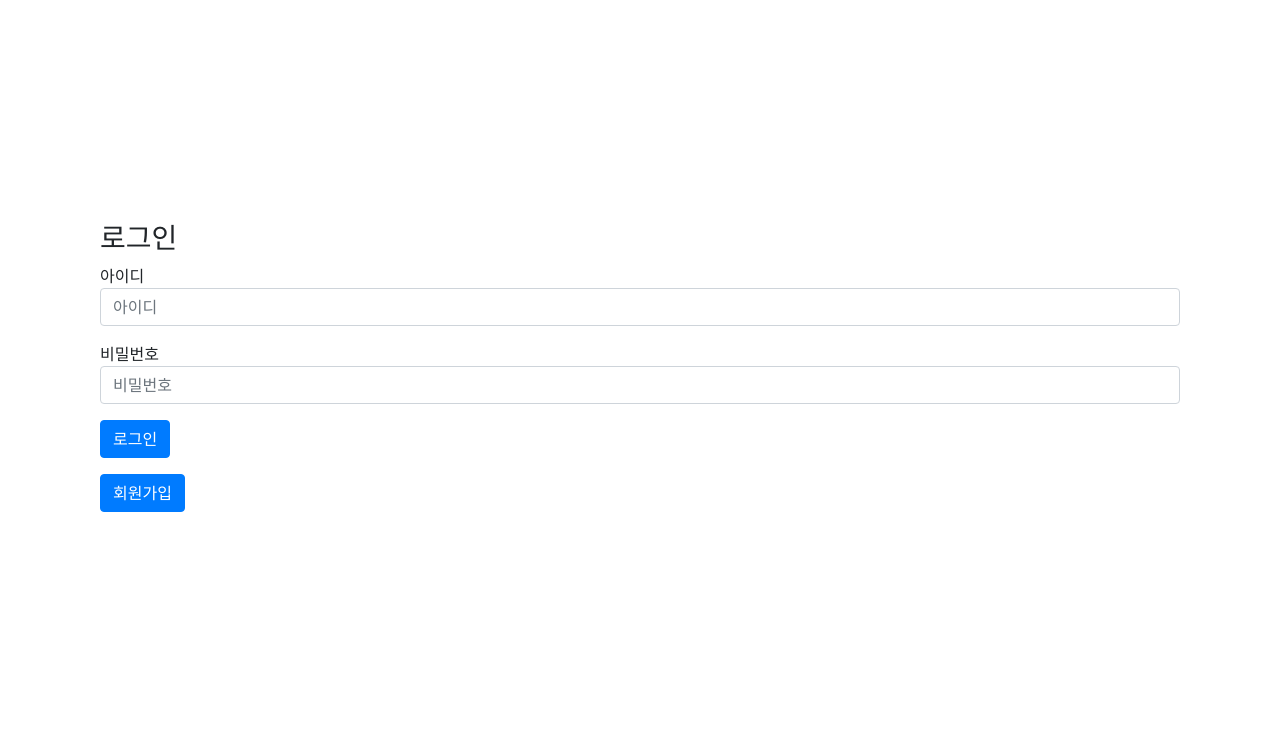
Repository: Seongjoo-Shin/webServer
Page: http://localhost/project/project/login.jsp
These files come from the project's save history. The page is drawn as it stood at one moment and after the next save; the edit follows.
The browser window is 1280 px wide. The pictures show the whole page.
The page is served by Tomcat 9. Other server files are loaded and not shown.

Above is the page before, as saved 2021-06-14 05:20:23.

### 20165514_신성주_웹서버구축_프로젝트_소스코드/project/WebContent/project/login.jsp
<%@ page language="java" contentType="text/html; charset=utf-8"
    pageEncoding="utf-8"%>
<!DOCTYPE html>
<html>
<head>
<meta charset="utf-8">
<title>로그인</title>
<link rel="stylesheet" href="https://stackpath.bootstrapcdn.com/bootstrap/4.3.1/css/bootstrap.min.css" integrity="sha384-ggOyR0iXCbMQv3Xipma34MD+dH/1fQ784/j6cY/iJTQUOhcWr7x9JvoRxT2MZw1T" crossorigin="anonymous">
</head>
<body>
	<div class="container">
		<div class="col-lg" style="margin:20% auto; border=solid;">
		<h3>로그인</h3>
		<form method="post" action="login_process.jsp">
			<p>아이디<input type="text" name="user_id" class="form-control" placeholder="아이디"></p>
			<p>비밀번호<input type="password" name="user_pwd" class="form-control" placeholder="비밀번호"></p>
			<p><input type="submit" class="btn btn-primary" value="로그인"></p>
			<p><a href="register.jsp" class="btn btn-primary">회원가입</a>
		</form>
		</div>
	</div>
</body>
</html>

After the next save:
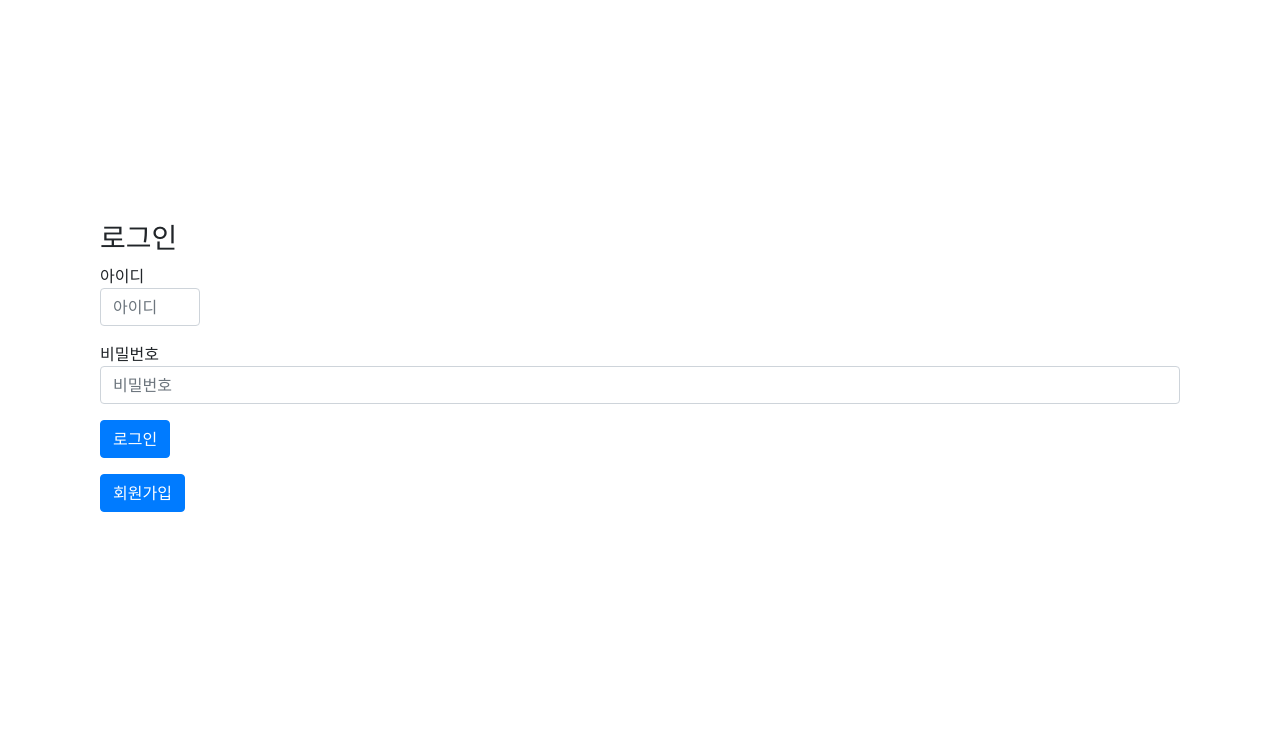
Saved 17 s later.
--- a/20165514_신성주_웹서버구축_프로젝트_소스코드/project/WebContent/project/login.jsp
+++ b/20165514_신성주_웹서버구축_프로젝트_소스코드/project/WebContent/project/login.jsp
@@ -12,7 +12,7 @@
 		<div class="col-lg" style="margin:20% auto; border=solid;">
 		<h3>로그인</h3>
 		<form method="post" action="login_process.jsp">
-			<p>아이디<input type="text" name="user_id" class="form-control" placeholder="아이디"></p>
+			<p>아이디<input type="text" name="user_id" class="form-control" placeholder="아이디" style="width:100px;"></p>
 			<p>비밀번호<input type="password" name="user_pwd" class="form-control" placeholder="비밀번호"></p>
 			<p><input type="submit" class="btn btn-primary" value="로그인"></p>
 			<p><a href="register.jsp" class="btn btn-primary">회원가입</a>
